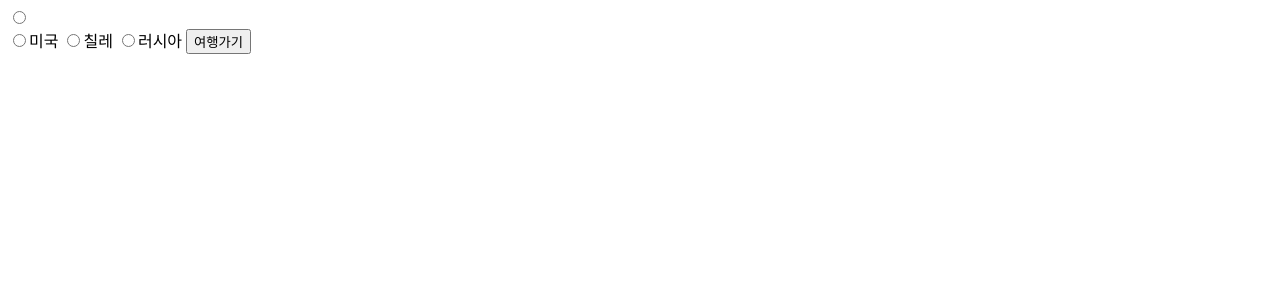
Repository: eyonghwan/jsp_practice
Page: http://localhost/JSPBasic/JspObject/2.response/travel_main.jsp
The author's editor kept a copy of each file at every save. The page is drawn from the files as they stood at one save, then again after the next save.
The browser window is 1280 px wide. The pictures show the whole page.
The page is served by Tomcat 9.

Above is the page before, as saved 2022-02-04 03:47:41.

### JSPBasic/src/main/webapp/JspObject/2.response/travel_main.jsp
<%@ page language="java" contentType="text/html; charset=UTF-8"
    pageEncoding="UTF-8"%>
<!DOCTYPE html>
<html>
<head>
<meta charset="UTF-8">
<title>가고싶은 여행지들</title>
</head>
<body>
	<%--
		form태그를 만들어주시고 목적지는 travel_check.jsp, post방식입니다.
		라디오버튼을 최소 4개를 만들어주세요.
		각 라디오 버튼에는 속성으로 value= 이라고해서 뭘 선택했는지 식별할 수 있도록
		각 버튼별로 다른 value 값을 지정해주세요.

		submit버튼도 하나 만들어주세요.
	--%>
	<form action="travel_check.jsp" method="post">
	<input type="radio" name="contry" value="China"><br/>
	<input type="radio" name="contry" value="USA">미국
	<input type="radio" name="contry" value="Chile">칠레
	<input type="radio" name="contry" value="Russia">러시아
	<input type="submit" value="여행가기">
	</form>
</body>
</html>

After the next save:
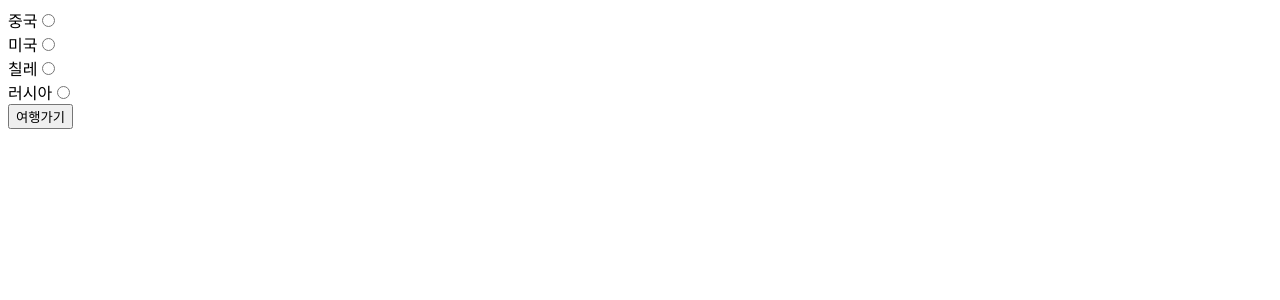
Saved 44 s later.
--- a/JSPBasic/src/main/webapp/JspObject/2.response/travel_main.jsp
+++ b/JSPBasic/src/main/webapp/JspObject/2.response/travel_main.jsp
@@ -16,10 +16,10 @@
 		submit버튼도 하나 만들어주세요.
 	--%>
 	<form action="travel_check.jsp" method="post">
-	<input type="radio" name="contry" value="China"><br/>
-	<input type="radio" name="contry" value="USA">미국
-	<input type="radio" name="contry" value="Chile">칠레
-	<input type="radio" name="contry" value="Russia">러시아
+	중국<input type="radio" name="contry" value="China"><br/>
+	미국<input type="radio" name="contry" value="USA"><br/>
+	칠레<input type="radio" name="contry" value="Chile"><br/>
+	러시아<input type="radio" name="contry" value="Russia"><br/>
 	<input type="submit" value="여행가기">
 	</form>
 </body>
